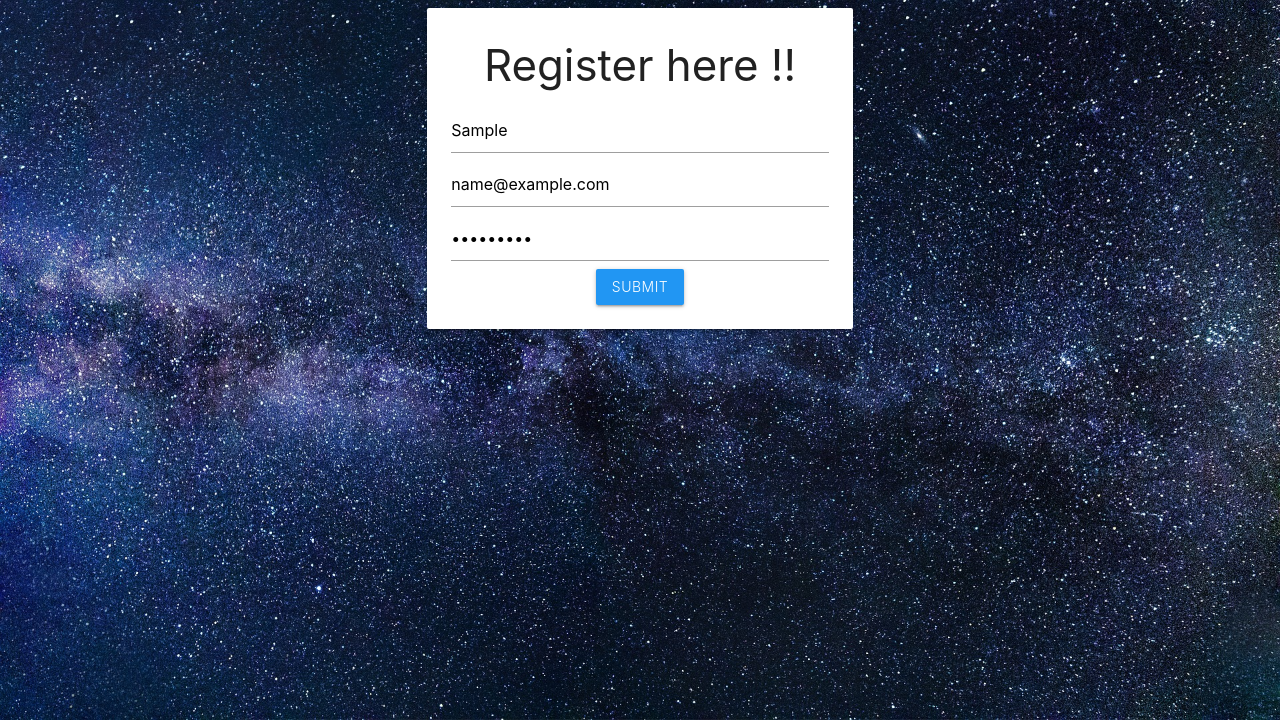
Repository: Ravi9619/springcore
Page: http://localhost/Ravi_Registration_Module_Practice/signup.jsp
The author's editor kept a copy of each file at every save. The page is drawn from the files as they stood at one save, then again after the next save.
The browser window is 1280 px wide. The pictures show the whole page.
Empty fields were first filled with sample values (such as "Sample", 5 or name@example.com).
After loading, the first visible `#myform` was submitted once.
The page is served by Tomcat 9.

Above is the page before, as saved 2023-02-26 11:04:01.

After the next save:
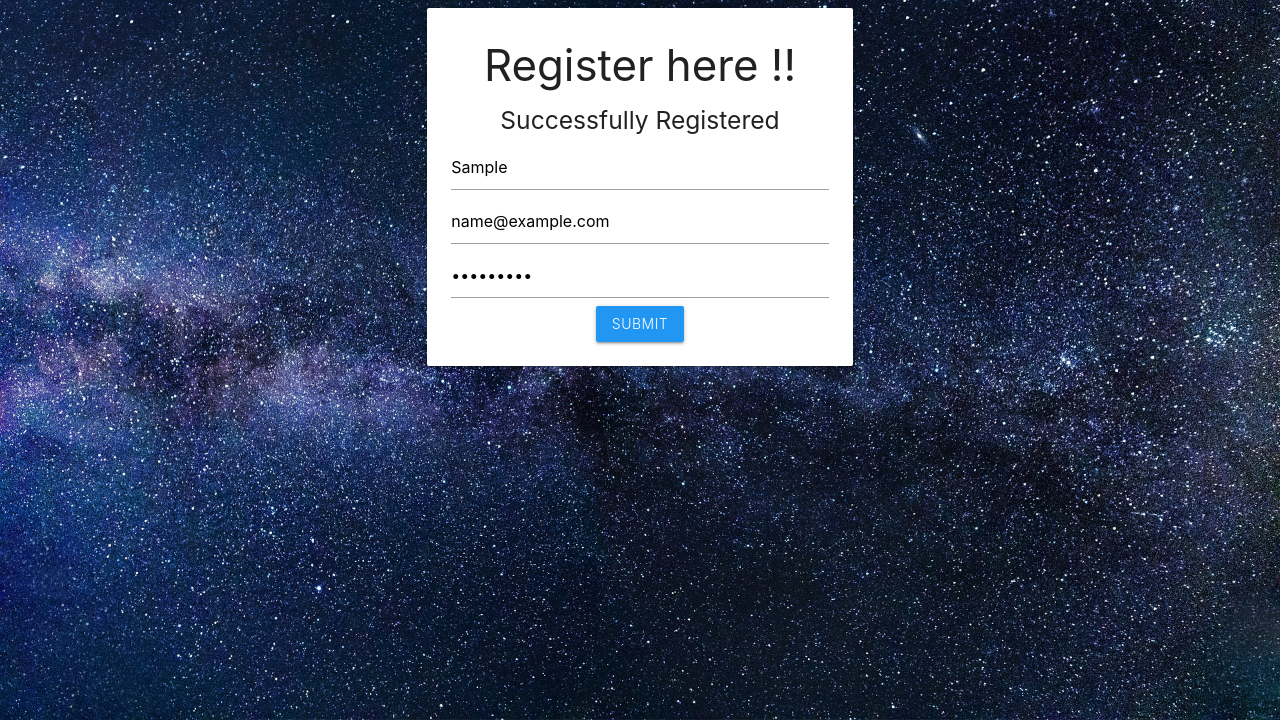
Saved 40 s later.
--- a/Ravi Registration Module Practice/src/main/webapp/signup.jsp
+++ b/Ravi Registration Module Practice/src/main/webapp/signup.jsp
@@ -136,7 +136,9 @@
 					$(".form").show();
 
 					if(data.trim()==='done') {
-						$('#ms').html("Successfully Registered");
+						$('#msg').html("Successfully Registered");
+					}else {
+						$('#msg').html("Something Went wrong on server");
 					}
 				},
 				error: function (jqXHR, textStatus, errorThrown) {
@@ -145,7 +147,7 @@
 					$('.loader').hide();
 					$(".form").show();
 
-					$('#ms').html("Something Went wrong on server");
+					$('#msg').html("Something Went wrong on server");
 				},
 
 			})
